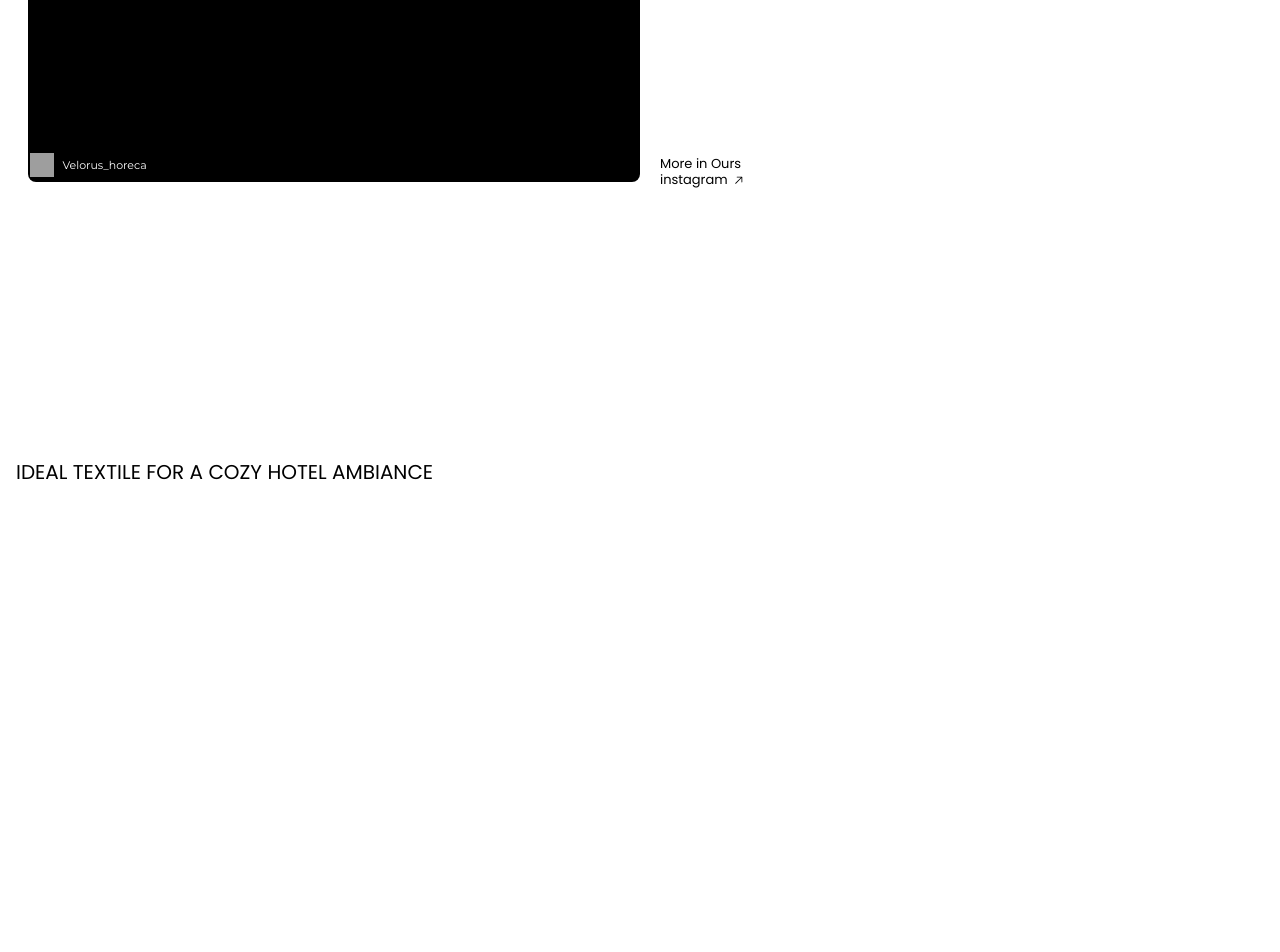
Repository: nikhilsinghrathore1/Shery_02
Page: /
An editor plug-in stored every save of this project. The page is shown before and after the next save, followed by the edit.
The browser window is 1280 px wide. The pictures show the part of the page from y = 3287 to 4239 px (the page is 5544 px tall).
Pictures or frames that could not be fetched are drawn as grey boxes. The project was rebuilt for these pictures with package versions that can differ from the ones it lists, and the page was loaded fresh each time. Also part of the build but not shown: vite.config.js.

Above is the page before, as saved 2024-07-18 02:49:51.

### src/App.jsx
import { useState } from 'react'
import reactLogo from './assets/react.svg'
import viteLogo from '/vite.svg'
import './App.css'
import Landing from './pages/Landing'

function App() {
  const [count, setCount] = useState(0)

  return (
    <>
      <Landing/>
    </>
  )
}

export default App

### src/App.css
@font-face {
  font-family: font1;
  src: url("../public/6624dc4c3f39ffabcd0dc162_Montserrat-VariableFont_wght.ttf");
}
@font-face {
  font-family: font2;
  src: url("../public/CircularXXWeb-Book\ \(1\).ttf");
}
@font-face {
  font-family: font3;
  src: url("../public/JTUQjIg1_i6t8kCHKm459WxRyS7m0dR9pA.ttf");
}
@font-face {
  font-family: font4;
  src: url("../public/JTUSjIg1_i6t8kCHKm459WlhyyTh89Y.ttf");
}
@font-face {
  font-family: font5;
  src: url("../public/pxiEyp8kv8JHgFVrJJfecnFHGPc.ttf");
}

.f1{
  font-family: font1;
}
.f2{
  font-family: font2;
}
.f3{
  font-family: font3;
}
.f4{
  font-family: font4;
}
.f5{
  font-family: font5;
}

### src/pages/Landing.jsx
import React from 'react'
import MoreInsta from '../components/MoreInsta'
import Nav from '../components/Nav'
import SingleHero from '../components/SingleHero'
import VideoCont from '../components/VideoCont'

const Landing = () => {
  return (
    <div className='w-full overflow-hidden'>
               {/* this is the first image gallery part */}
               <div className='w-full h-[400vh] relative '>
               <Nav/>
               <SingleHero img={"https://cdn.prod.website-files.com/6613fb0aff6a7761bf9a817d/66267f01781250e3c4f8ed19_hero-01-p-1080.webp"} text={"hotel"}/>
               <SingleHero img={"https://cdn.prod.website-files.com/6613fb0aff6a7761bf9a817d/66267f00e43626f944ce0076_hero-02-p-1080.webp"} text={"restaurant"}/>
               <SingleHero img={"https://cdn.prod.website-files.com/6613fb0aff6a7761bf9a817d/66267f011d36d94902bbbcd3_hero-03-p-1080.webp"} text={"catering"}/>
               <SingleHero img={"https://cdn.prod.website-files.com/6613fb0aff6a7761bf9a817d/66267f0015a49ebd0cb05e50_hero-04-p-1080.webp"} text={"+automative"}/>
               </div>

               {/* this is the second text wala part  */}

               <div className='w-full  h-[120vh] px-4 pt-32 leading-[42px]'>
                              {/* this is the variable weight text */}
                              <div className='w-full f4 text-[32px] font-semibold text-black uppercase h-fit'>
                                             <p><span className='pl-44'>full</span> responsibility from project to implementation.</p>
                              </div>

                              <div className='f4 text-[13px] font-semibold mt-10 leading-none'>
                                             <p>More about us</p>
                                             <p className='mt-3 leading-[16px] font-semibold'>The textile production Velours HoReCa was founded in Lviv in 2005. <span className='opacity-60'>Our activity is focused on professionally outfitting the interiors of hotels, restaurants, cafes, and bars with textile products.</span></p>
                              </div>

                              <div className='w-full flex h-[50vh] mt-12 '>
                                             <div className='w-1/2 h-full flex justify-end pt-3'>
                                                            <VideoCont/>
                                             </div>
                                             <div className='w-1/2 h-full flex flex-col justify-between pl-3 pb-16 f5 font-light'>

                                                            <div className='w-full leading-[17px]  text-[13px]'>
                                                                           <p>With extensive experience in the Horeca sector - 18 years </p>
                                                                           <p className='opacity-70'>[as of 2024]</p>

                                                                           <div className='border-y-[1px] border-black/20 py-1 mt-3'>
                                                                                          <p>We offer both warranty and post-warranty servicing.</p>
                                                                           </div>
                                                            </div>

                                                            <div className='f4 pl-2'>
                                                                           <MoreInsta/>
                                                            </div>



                                             </div>
                              </div>
               </div>

               <div className='w-full h-[250vh] px-4'>
                              <div className='w-full uppercase text-[20px] f5 '>
                                             <p>ideal textile for a cozy hotel ambiance</p>
                              </div>
               </div>


    </div>
  )
}

export default Landing

### src/components/MoreInsta.jsx
import React from 'react'
import { GoArrowUpRight } from "react-icons/go";

const MoreInsta = () => {
  return (
    <div className=' leading-[16px] text-[13px] text-black f5 font-light'>
               <p>More in Ours</p>
               <p className='flex items-center gap-1'>instagram <span><GoArrowUpRight/></span></p>
    </div>
  )
}

export default MoreInsta

### src/components/Nav.jsx
import React from 'react'

const Nav = () => {
  return (
    <div className='w-full h-[100vh]  fixed text-white flex flex-col justify-between z-40 top-0'>
        <div className=' flex items-center justify-center pt-7'>

               <div className='flex  flex-col items-center justify-center leading-[18px]'>
                              <h1 className='text-[24px] f1'>Velorus</h1>
                              <h2 className='text-[10px] f1 '>HoReCa</h2>
               </div>
        </div>

        {/* this is the menu bar kinda thingy */}
        <div className='w-full h-[10vh]  px-3  '>

          <div className='w-full h-[65%] bg-black rounded-md flex justify-between px-[2px]'>
            <div className='w-[18%] h-full bg-white flex items-center justify-center overflow-hidden rounded-md'>
              <img className='w-[90%] h-[90%] object-cover' src="https://cdn.prod.website-files.com/6613fb0aff6a7761bf9a817d/6624b9bbba2e8daa37ae2e54_download-img-02.webp" alt="not showing" />
            </div>

            <div className='w-[57%] h-full text-[13px] text-white leading-[16px] f2 flex items-center justify-center'>
              <p>Download our Brochour on services in the HoReCa industry</p>
            </div>


            <div className='w-[15%] h-full bg-white flex items-center justify-center overflow-hidden rounded-md'>
              <img className='w-[80%] h-[80%] object-cover' src="https://cdn.prod.website-files.com/6613fb0aff6a7761bf9a817d/6624bdfbd80898e1c3060de1_download-icon.webp" alt="not showing" />
            </div>
          </div>





        </div>

    </div>
  )
}

export default Nav

### src/components/SingleHero.jsx
import React from 'react'

const SingleHero = ({img , text}) => {
  return (
    <div className='w-full h-[100vh] relative'>
               <div className='absolute bg-black/10 flex items-center justify-center w-full h-full top-0'>
                              <h1 className='uppercase text-[44px] f4 font-bold tracking-wider text-white'>{text}</h1>
               </div>
               <img className='w-full h-full object-cover' src={img} alt="not showing" />
    </div>
  )
}

export default SingleHero

### src/components/VideoCont.jsx
import React from 'react'

const VideoCont = () => {
  return (
    <div className='w-[98%] h-[80%] bg-black rounded-lg pt-[3px] px-[2px] '>
               <div className='w-full h-[87%] overflow-hidden rounded-lg'>
                              <video autoPlay muted loop className='w-full h-full object-cover' src="https://s3.amazonaws.com/webflow-prod-assets/6613fb0aff6a7761bf9a817d/663bcfe77765a0f1702b036f_insta-3.mp4"></video>
               </div>
               <div className='w-full text-white text-[11px] f1 h-[13%] pt-1 flex items-center pb-[2px] gap-2'>
                              <img className='w-[24px] h-[24px] object-cover' src="https://cdn.prod.website-files.com/6613fb0aff6a7761bf9a817d/663bcbd3012e5e6821be914c_logo-horeca.png" alt="not showing" />
                              <p>Velorus_horeca</p>
               </div>
    </div>
  )
}

export default VideoCont

Loaded but not shown: index.html (common file); src/main.jsx (common file); src/index.css (common file); tailwind.config.js (common file)

After the next save:
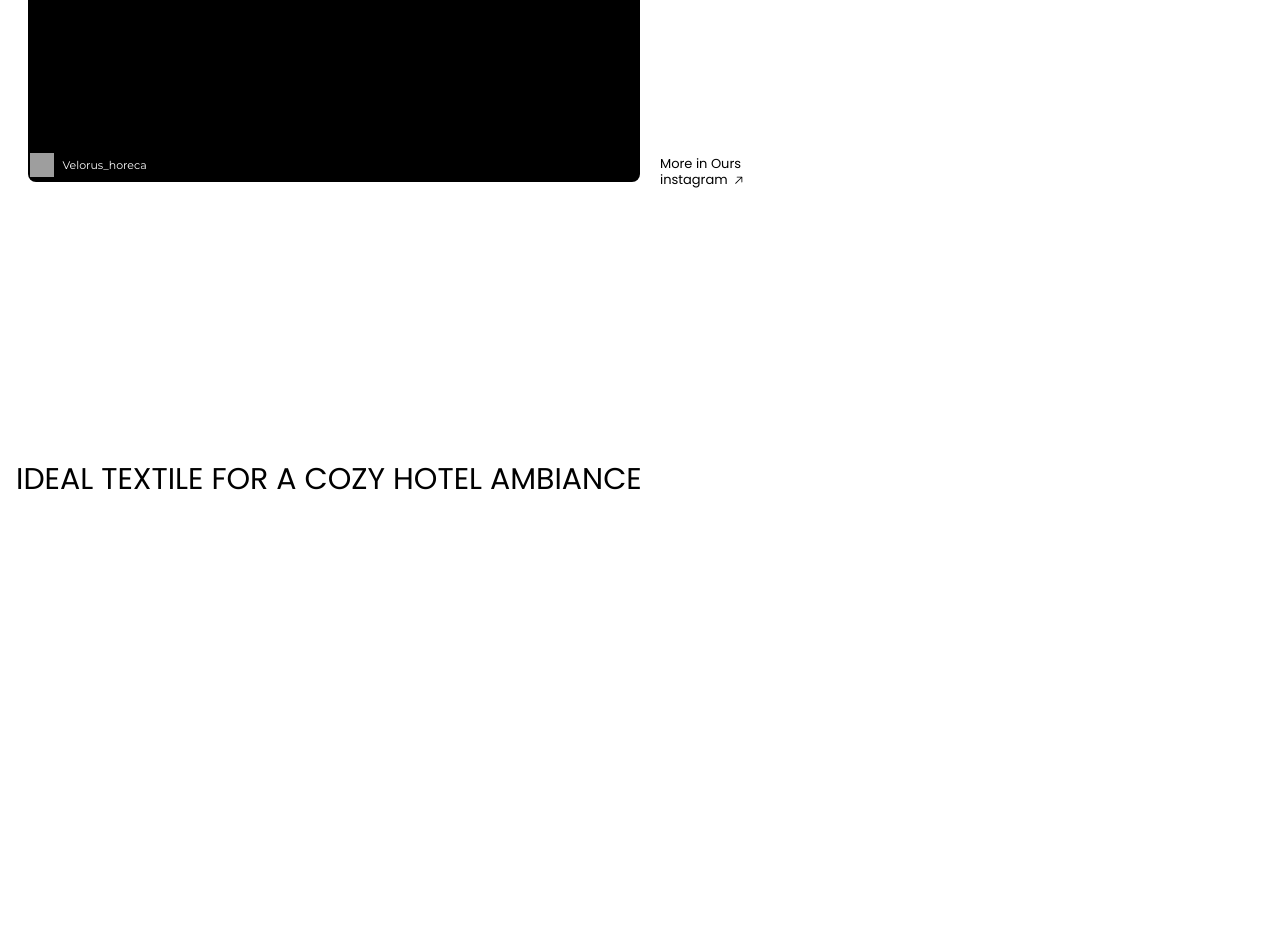
Saved 10 s later.
--- a/src/pages/Landing.jsx
+++ b/src/pages/Landing.jsx
@@ -55,7 +55,7 @@ const Landing = () => {
                </div>
 
                <div className='w-full h-[250vh] px-4'>
-                              <div className='w-full uppercase text-[20px] f5 '>
+                              <div className='w-full uppercase text-[30px] f5 '>
                                              <p>ideal textile for a cozy hotel ambiance</p>
                               </div>
                </div>
